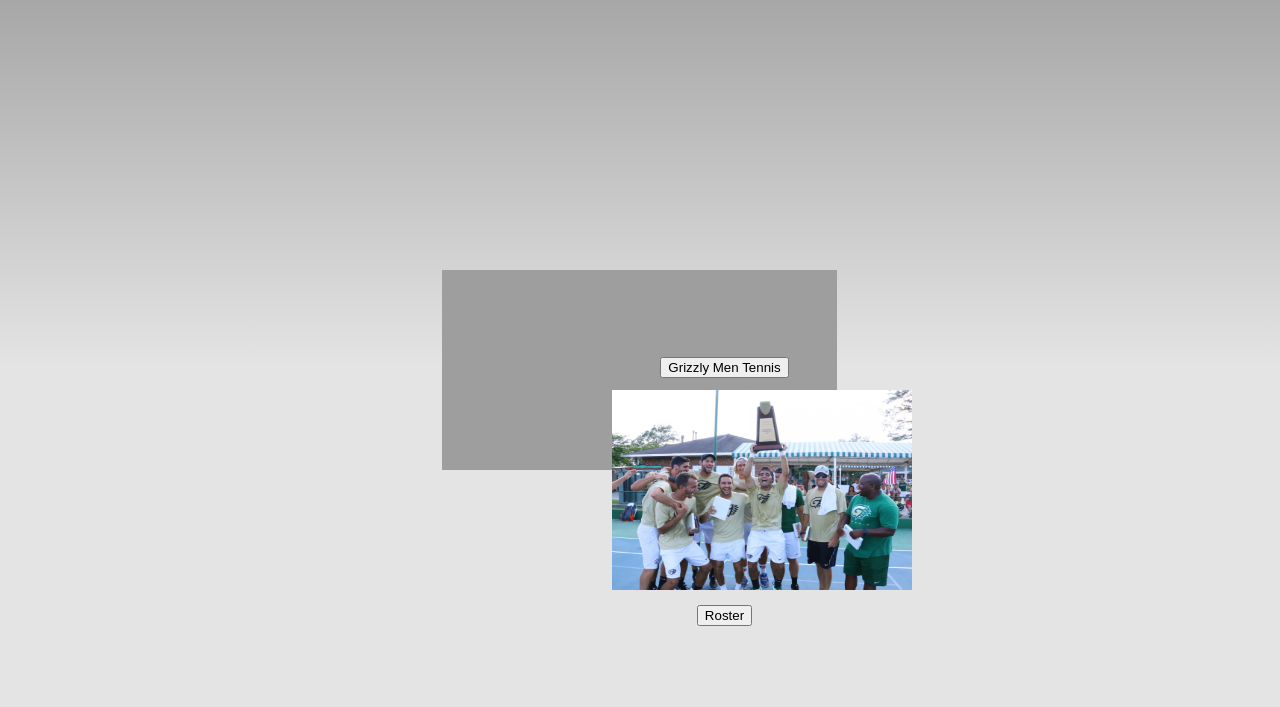
Repository: qtran3/itec4550
Page: EXAM1/TennisAppWebView/index.html
An editor plug-in stored every save of this project. The page is shown before and after the next save, followed by the edit.
The browser window is 1280 px wide. The pictures show the whole page.
Pictures or frames that could not be fetched are drawn as grey boxes.

Above is the page before, as saved 2016-06-01 16:03:56.

### EXAM1/TennisAppWebView/index.html
<!DOCTYPE html>
<!--
    Licensed to the Apache Software Foundation (ASF) under one
    or more contributor license agreements.  See the NOTICE file
    distributed with this work for additional information
    regarding copyright ownership.  The ASF licenses this file
    to you under the Apache License, Version 2.0 (the
    "License"); you may not use this file except in compliance
    with the License.  You may obtain a copy of the License at

    http://www.apache.org/licenses/LICENSE-2.0

    Unless required by applicable law or agreed to in writing,
    software distributed under the License is distributed on an
    "AS IS" BASIS, WITHOUT WARRANTIES OR CONDITIONS OF ANY
     KIND, either express or implied.  See the License for the
    specific language governing permissions and limitations
    under the License.
-->
<html>
    <head>
        <!--
        Customize this policy to fit your own app's needs. For more guidance, see:
            https://github.com/apache/cordova-plugin-whitelist/blob/master/README.md#content-security-policy
        Some notes:
            * gap: is required only on iOS (when using UIWebView) and is needed for JS->native communication
            * https://ssl.gstatic.com is required only on Android and is needed for TalkBack to function properly
            * Disables use of inline scripts in order to mitigate risk of XSS vulnerabilities. To change this:
                * Enable inline JS: add 'unsafe-inline' to default-src
        -->
        <meta http-equiv="Content-Security-Policy" content="default-src 'self' data: gap: https://ssl.gstatic.com 'unsafe-eval'; style-src 'self' 'unsafe-inline'; media-src *">
        <meta name="format-detection" content="telephone=no">
        <meta name="msapplication-tap-highlight" content="no">
        <meta name="viewport" content="user-scalable=no, initial-scale=1, maximum-scale=1, minimum-scale=1, width=device-width">
        <link rel="stylesheet" type="text/css" href="css/index.css">
        <title>Grizzly Men Tennis</title>
    </head>
    <body>
        <div class="app">
        	<div id="mainPage" align="center">
            	<p> <button id="homePagebuutton">Grizzly Men Tennis</button></p>
				<p>
				  <img src="img/Tennis-10.jpg" height="200px" width="300px" />
				</p>
				<button id="rosterButton">Roster</button>

			</div>
        </div>

<!--
        <script type="text/javascript" src="cordova.js"></script>
-->
        <script type="text/javascript" src="js/index.js"></script>
    </body>
</html>

### EXAM1/TennisAppWebView/css/index.css
/*
 * Licensed to the Apache Software Foundation (ASF) under one
 * or more contributor license agreements.  See the NOTICE file
 * distributed with this work for additional information
 * regarding copyright ownership.  The ASF licenses this file
 * to you under the Apache License, Version 2.0 (the
 * "License"); you may not use this file except in compliance
 * with the License.  You may obtain a copy of the License at
 *
 * http://www.apache.org/licenses/LICENSE-2.0
 *
 * Unless required by applicable law or agreed to in writing,
 * software distributed under the License is distributed on an
 * "AS IS" BASIS, WITHOUT WARRANTIES OR CONDITIONS OF ANY
 * KIND, either express or implied.  See the License for the
 * specific language governing permissions and limitations
 * under the License.
 */
* {
    -webkit-tap-highlight-color: rgba(0,0,0,0); /* make transparent link selection, adjust last value opacity 0 to 1.0 */
}

body {
    -webkit-touch-callout: none;                /* prevent callout to copy image, etc when tap to hold */
    -webkit-text-size-adjust: none;             /* prevent webkit from resizing text to fit */
    -webkit-user-select: none;                  /* prevent copy paste, to allow, change 'none' to 'text' */
    background-color:#E4E4E4;
    background-image:linear-gradient(top, #A7A7A7 0%, #E4E4E4 51%);
    background-image:-webkit-linear-gradient(top, #A7A7A7 0%, #E4E4E4 51%);
    background-image:-ms-linear-gradient(top, #A7A7A7 0%, #E4E4E4 51%);
    background-image:-webkit-gradient(
        linear,
        left top,
        left bottom,
        color-stop(0, #A7A7A7),
        color-stop(0.51, #E4E4E4)
    );
    background-attachment:fixed;
    font-family:'HelveticaNeue-Light', 'HelveticaNeue', Helvetica, Arial, sans-serif;
    font-size:12px;
    height:100%;
    margin:0px;
    padding:0px;
    text-transform:uppercase;
    width:100%;
}

/* Portrait layout (default) */
.app {
    background:url(../img/logo.png) no-repeat center top; /* 170px x 200px */
    position:absolute;             /* position in the center of the screen */
    left:50%;
    top:50%;
    height:50px;                   /* text area height */
    width:225px;                   /* text area width */
    text-align:center;
    padding:180px 0px 0px 0px;     /* image height is 200px (bottom 20px are overlapped with text) */
    margin:-115px 0px 0px -112px;  /* offset vertical: half of image height and text area height */
                                   /* offset horizontal: half of text area width */
}

/* Landscape layout (with min-width) */
@media screen and (min-aspect-ratio: 1/1) and (min-width:400px) {
    .app {
        background-position:left center;
        padding:75px 0px 75px 170px;  /* padding-top + padding-bottom + text area = image height */
        margin:-90px 0px 0px -198px;  /* offset vertical: half of image height */
                                      /* offset horizontal: half of image width and text area width */
    }
}

h1 {
    font-size:24px;
    font-weight:normal;
    margin:0px;
    overflow:visible;
    padding:0px;
    text-align:center;
}

.event {
    border-radius:4px;
    -webkit-border-radius:4px;
    color:#FFFFFF;
    font-size:12px;
    margin:0px 30px;
    padding:2px 0px;
}

.event.listening {
    background-color:#333333;
    display:block;
}

.event.received {
    background-color:#4B946A;
    display:none;
}

@keyframes fade {
    from { opacity: 1.0; }
    50% { opacity: 0.4; }
    to { opacity: 1.0; }
}

@-webkit-keyframes fade {
    from { opacity: 1.0; }
    50% { opacity: 0.4; }
    to { opacity: 1.0; }
}

.blink {
    animation:fade 3000ms infinite;
    -webkit-animation:fade 3000ms infinite;
}

Loaded but not shown: EXAM1/TennisAppWebView/js/index.js (common file)

After the next save:
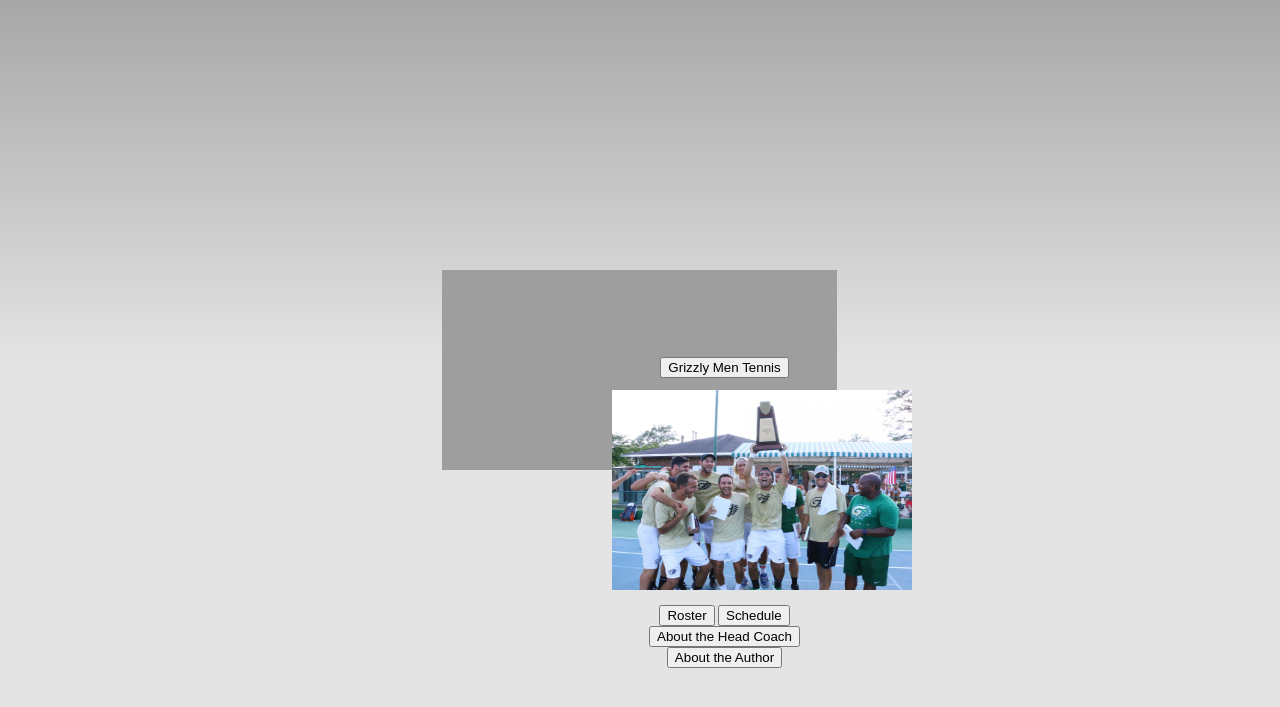
Saved 2 min 7 s later.
--- a/EXAM1/TennisAppWebView/index.html
+++ b/EXAM1/TennisAppWebView/index.html
@@ -43,6 +43,10 @@
 				  <img src="img/Tennis-10.jpg" height="200px" width="300px" />
 				</p>
 				<button id="rosterButton">Roster</button>
+				<button id="scheduleButton">Schedule</button>
+				<button id="coachButton">About the Head Coach</button>
+				<button id="authorButton">About the Author</button>
+
 
 			</div>
         </div>
